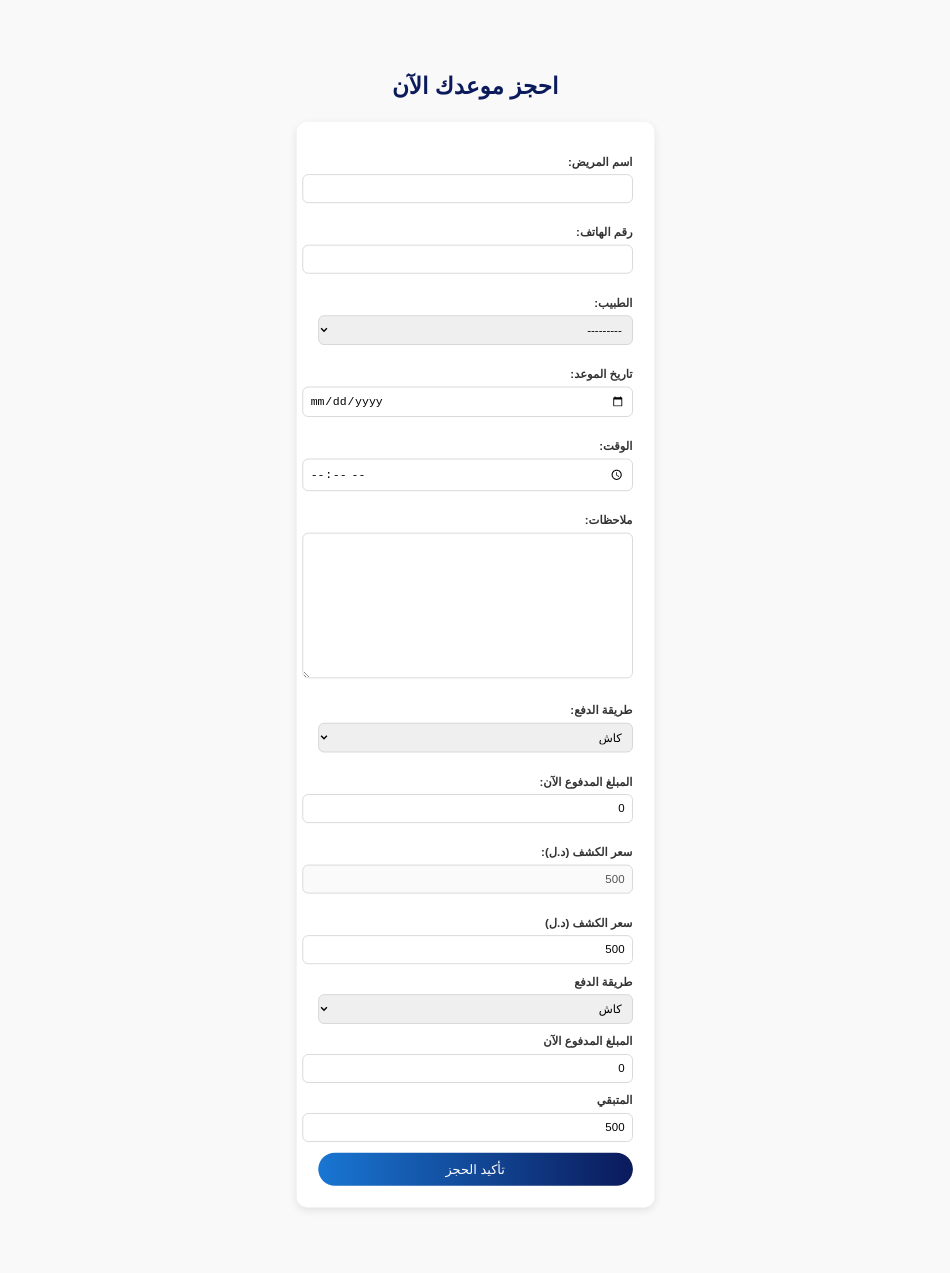
Repository: mysite4/s
Page: http://localhost/booking/
These files come from the project's save history. The page is drawn as it stood at one moment and after the next save; the edit follows.
The browser window is 1280 px wide. The page is 1320 px wide, so the pictures cover 1320 px, including what lies to the right of the window. The pictures show the whole page, at 72% of full size.
Some web fonts or font styles are not loaded; a fallback is used. The page is served by the project's application, run on Django 5.2 (manage.py). Queries for data that is not in the repository find no rows.

Above is the page before, as saved 2025-11-21 19:47:02.

After the next save:
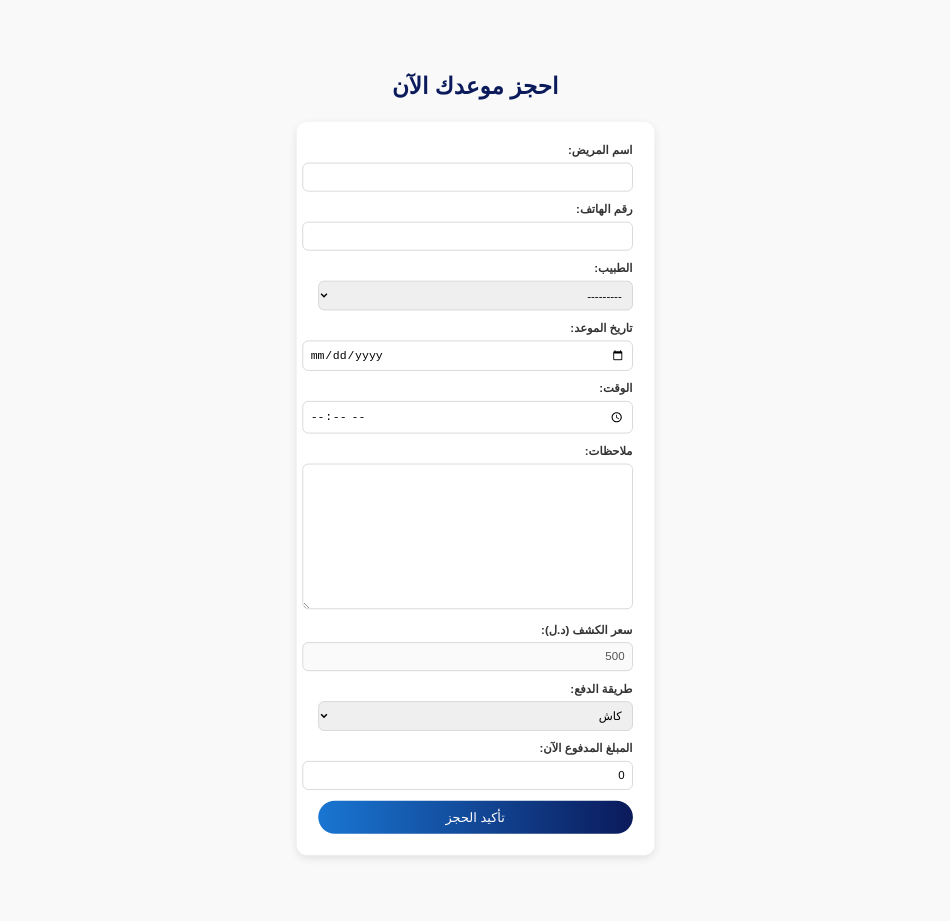
Saved 7 min 31 s later.
--- a/main/templates/booking.html
+++ b/main/templates/booking.html
@@ -62,43 +62,37 @@
   <h1>احجز موعدك الآن</h1>
   <form method="POST">
     {% csrf_token %}
-    {{ form.as_p }}
 
-    <!-- السعر الثابت للكشف -->
-    <label>سعر الكشف (د.ل)</label>
-    <input type="number" id="service_price" value="500" readonly>
+    <!-- عرض كل الحقول مباشرة من الفورم بدون تكرار -->
+    {{ form.name.label_tag }}
+    {{ form.name }}
 
-    <!-- اختيار طريقة الدفع -->
-    <label>طريقة الدفع</label>
-    <select id="payment_method" name="payment_method">
-      <option value="cash">كاش</option>
-      <option value="card">بطاقة</option>
-      <option value="not_paid">غير مدفوع</option>
-    </select>
+    {{ form.phone.label_tag }}
+    {{ form.phone }}
 
-    <!-- المبلغ المدفوع الآن -->
-    <label>المبلغ المدفوع الآن</label>
-    <input type="number" id="paid_amount" name="paid_amount" value="0">
+    {{ form.doctor.label_tag }}
+    {{ form.doctor }}
 
-    <!-- المبلغ المتبقي -->
-    <label>المتبقي</label>
-    <input type="number" id="remaining_amount" readonly value="500">
+    {{ form.date.label_tag }}
+    {{ form.date }}
+
+    {{ form.time.label_tag }}
+    {{ form.time }}
+
+    {{ form.message.label_tag }}
+    {{ form.message }}
+
+    {{ form.service_price.label_tag }}
+    {{ form.service_price }}
+
+    {{ form.payment_method.label_tag }}
+    {{ form.payment_method }}
+
+    {{ form.paid_amount.label_tag }}
+    {{ form.paid_amount }}
 
     <button type="submit">تأكيد الحجز</button>
   </form>
 
-  <script>
-    const servicePriceInput = document.getElementById('service_price');
-    const paidAmountInput = document.getElementById('paid_amount');
-    const remainingAmountInput = document.getElementById('remaining_amount');
-
-    paidAmountInput.addEventListener('input', () => {
-      let servicePrice = parseFloat(servicePriceInput.value);
-      let paid = parseFloat(paidAmountInput.value) || 0;
-      let remaining = servicePrice - paid;
-      remainingAmountInput.value = remaining >= 0 ? remaining : 0;
-    });
-  </script>
-
 </body>
 </html>
